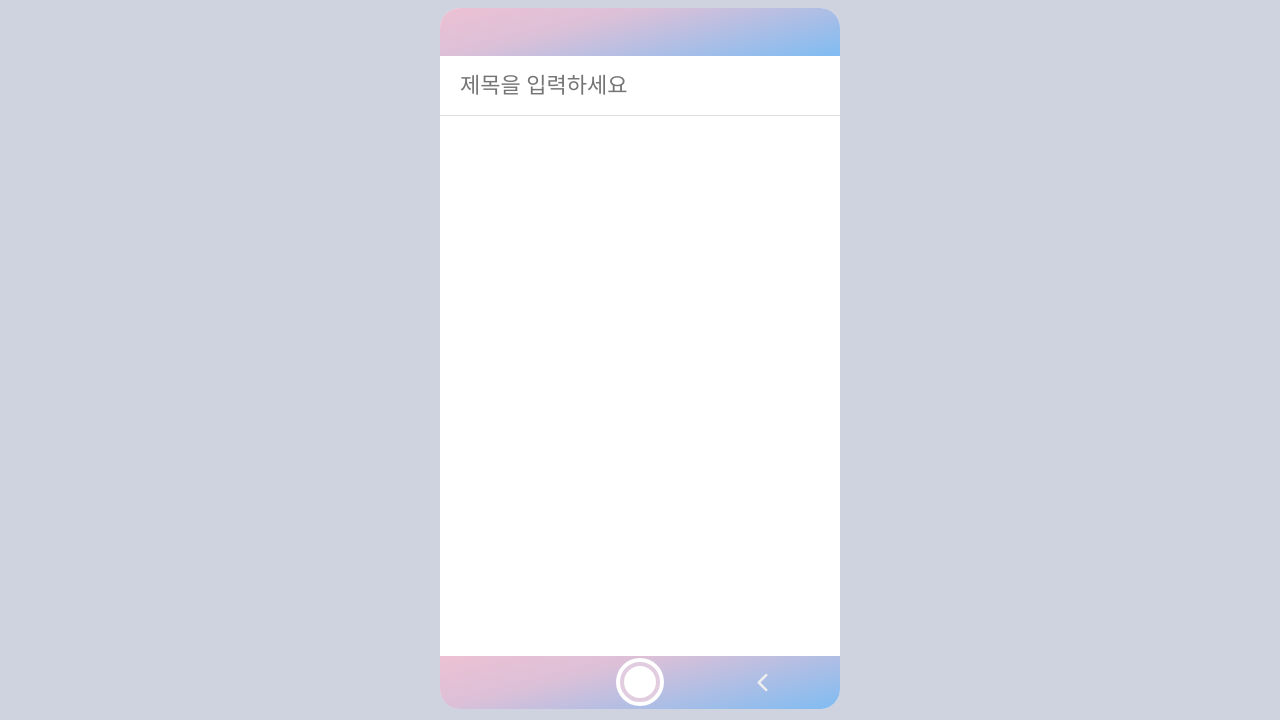
Repository: jinhee196/diary
Page: index.html
These files come from the project's save history. The page is drawn as it stood at one moment and after the next save; the edit follows.
The browser window is 1280 px wide. The pictures show the whole page.
Some web fonts or font styles are not loaded; a fallback is used. Some web libraries are served in a nearby version.

Above is the page before, as saved 2021-06-04 21:14:08.

After the next save:
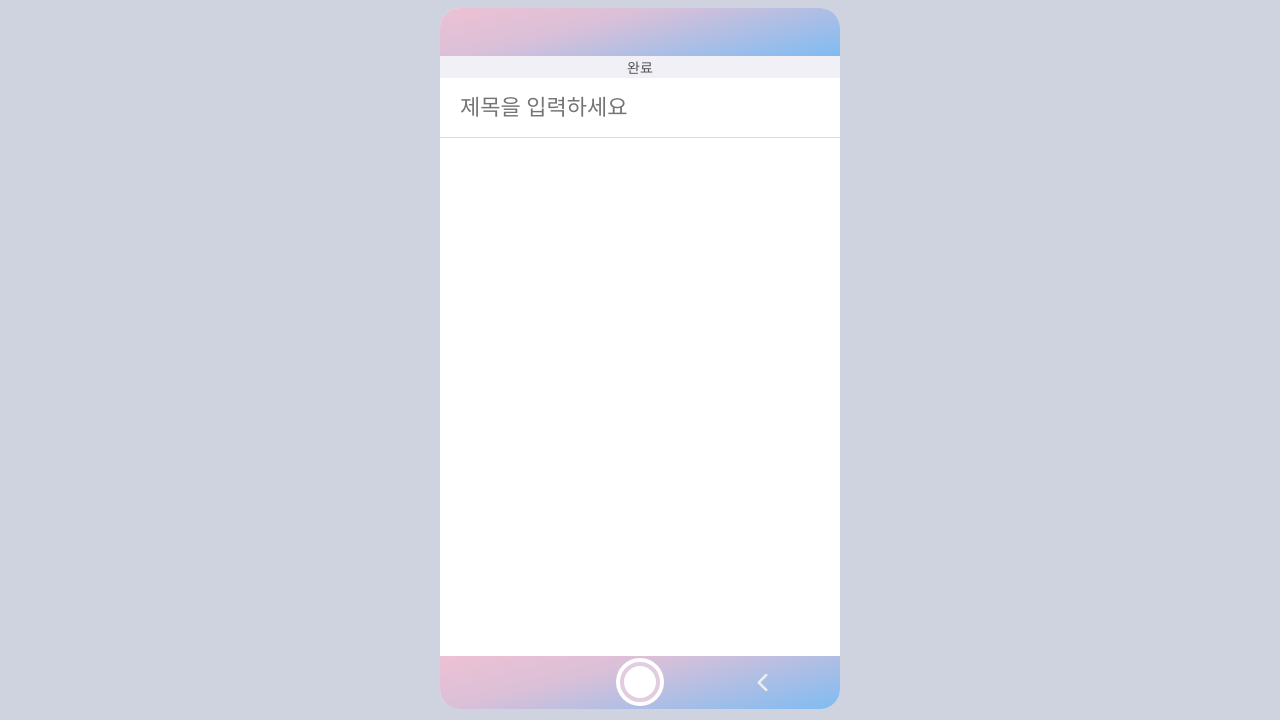
Saved 7 s later.
--- a/index.html
+++ b/index.html
@@ -29,9 +29,10 @@
         <div class="daily__weather"></div>
         <div class="daily__emotion"></div>
         <div class="daily__Note">
+          <button class="daily__submit">완료</button>
           <input class="daily__title" placeholder="제목을 입력하세요"></input>
           <textarea class="daily__text"></textarea>
-          <button class="daily__submit">완료</button>
+
         </div>
       </section>
 
